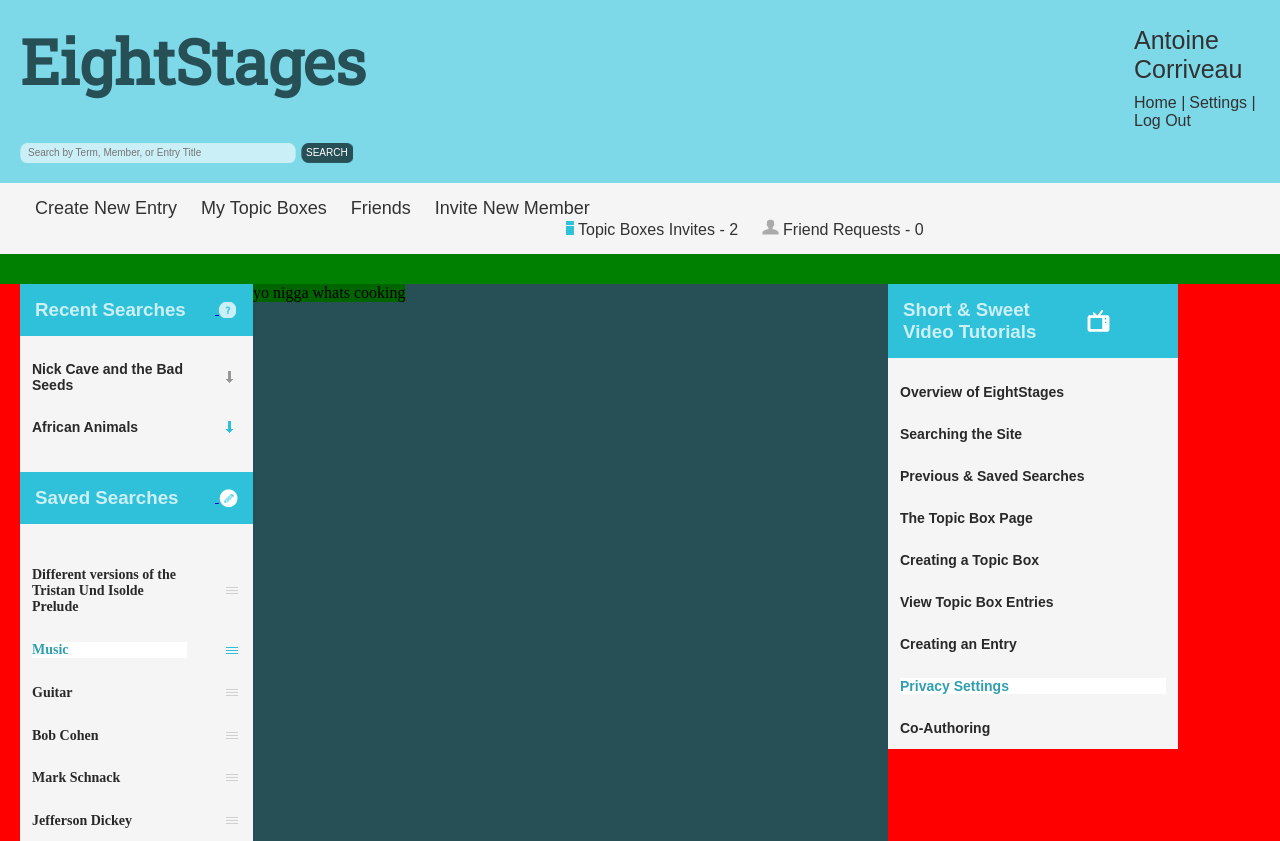
Repository: bhattaraib58/eighstages-lf-design
Page: Assignment 3/Eight Stages Website Mockup Done/index.html
An editor plug-in stored every save of this project. The page is shown before and after the next save, followed by the edit.
The browser window is 1280 px wide. The pictures show the whole page.
Some web fonts or font styles are not loaded; a fallback is used.

Above is the page before, as saved 2019-06-10 01:27:33.

After the next save:
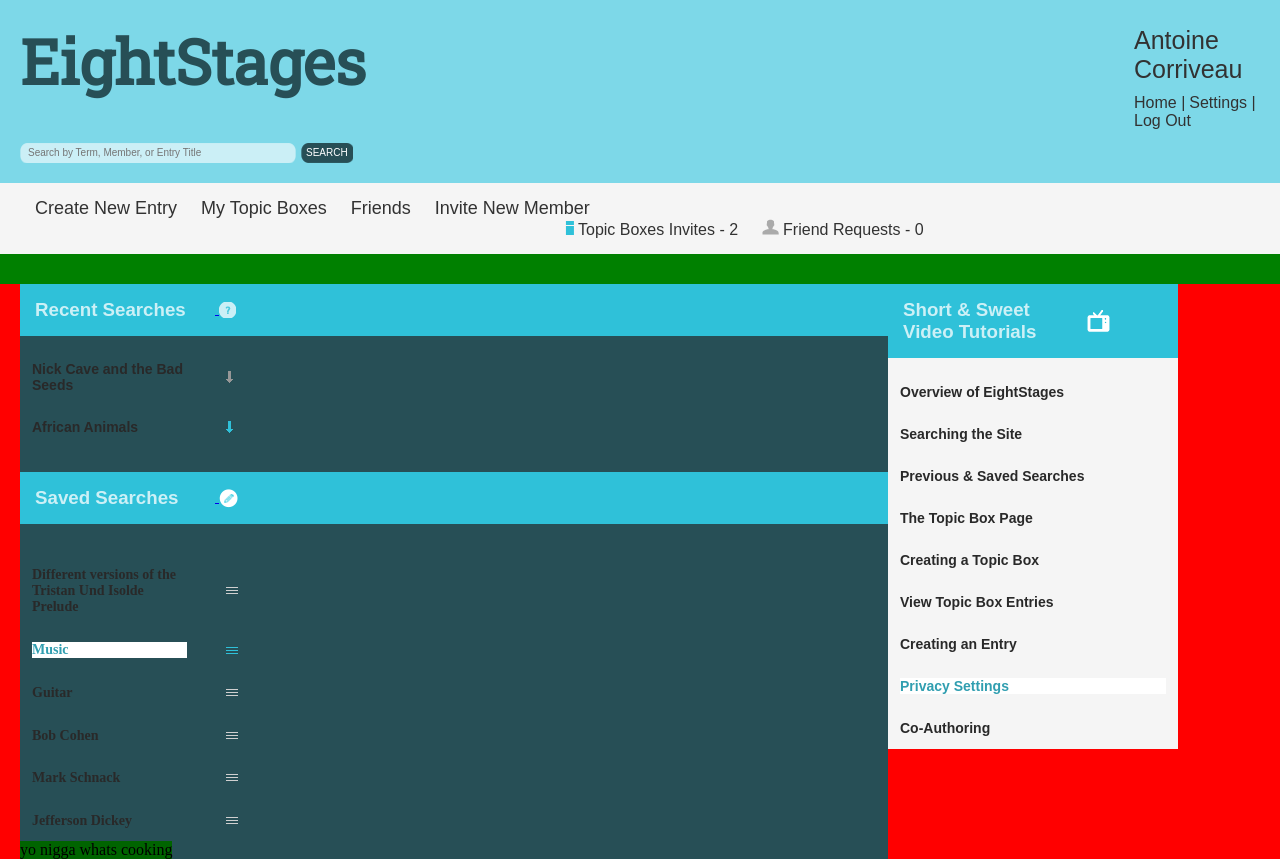
Saved 87 s later.
--- a/Assignment 3/Eight Stages Website Mockup Done/css/style.css
+++ b/Assignment 3/Eight Stages Website Mockup Done/css/style.css
@@ -153,10 +153,6 @@
     margin-bottom: 25px;
 }
 
-.searches-container {
-    float: left;
-    background-color: #f5f5f5;
-}
 
 .entries-container {
     float: left;

After the save that followed:
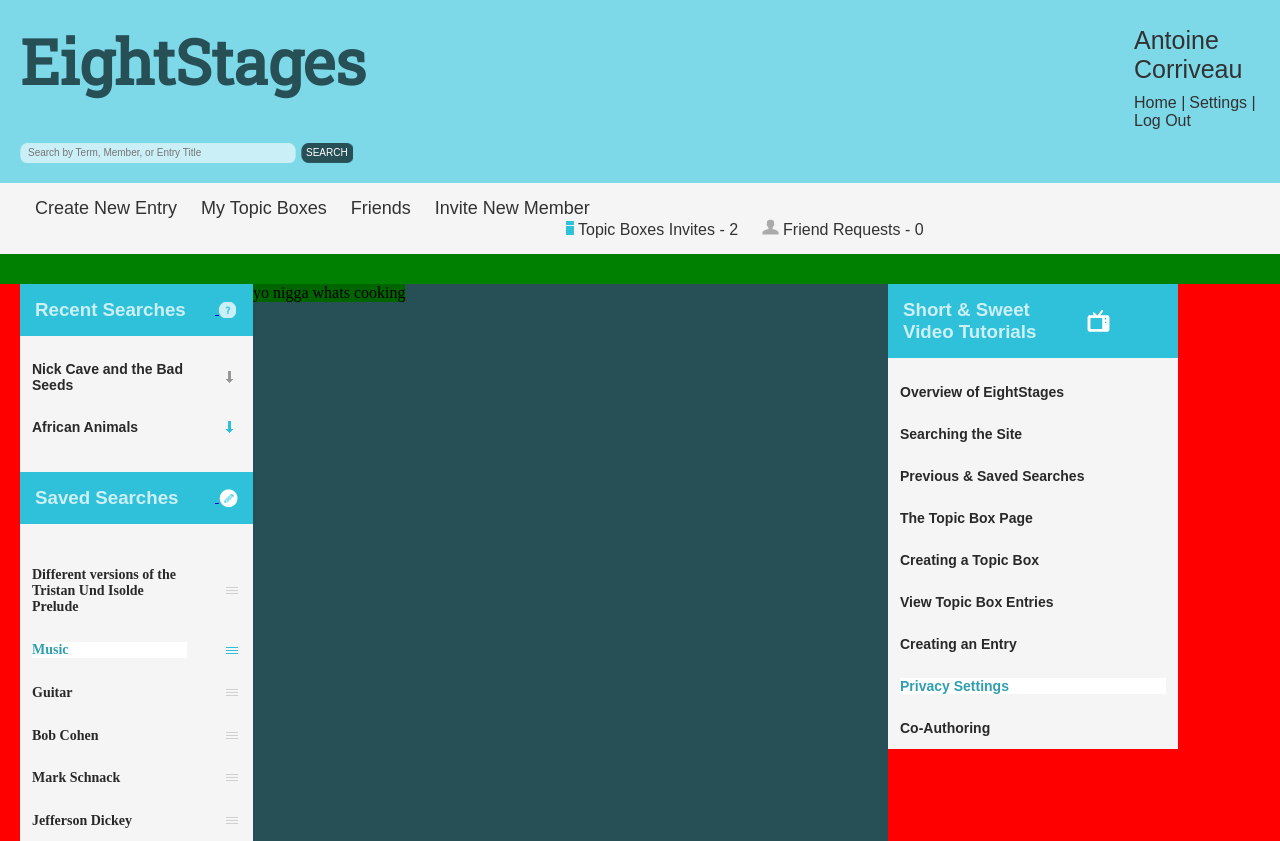
Saved 16 s later.
--- a/Assignment 3/Eight Stages Website Mockup Done/css/style.css
+++ b/Assignment 3/Eight Stages Website Mockup Done/css/style.css
@@ -153,6 +153,10 @@
     margin-bottom: 25px;
 }
 
+.searches-container {
+    float: left;
+    background-color: #f5f5f5;
+}
 
 .entries-container {
     float: left;
